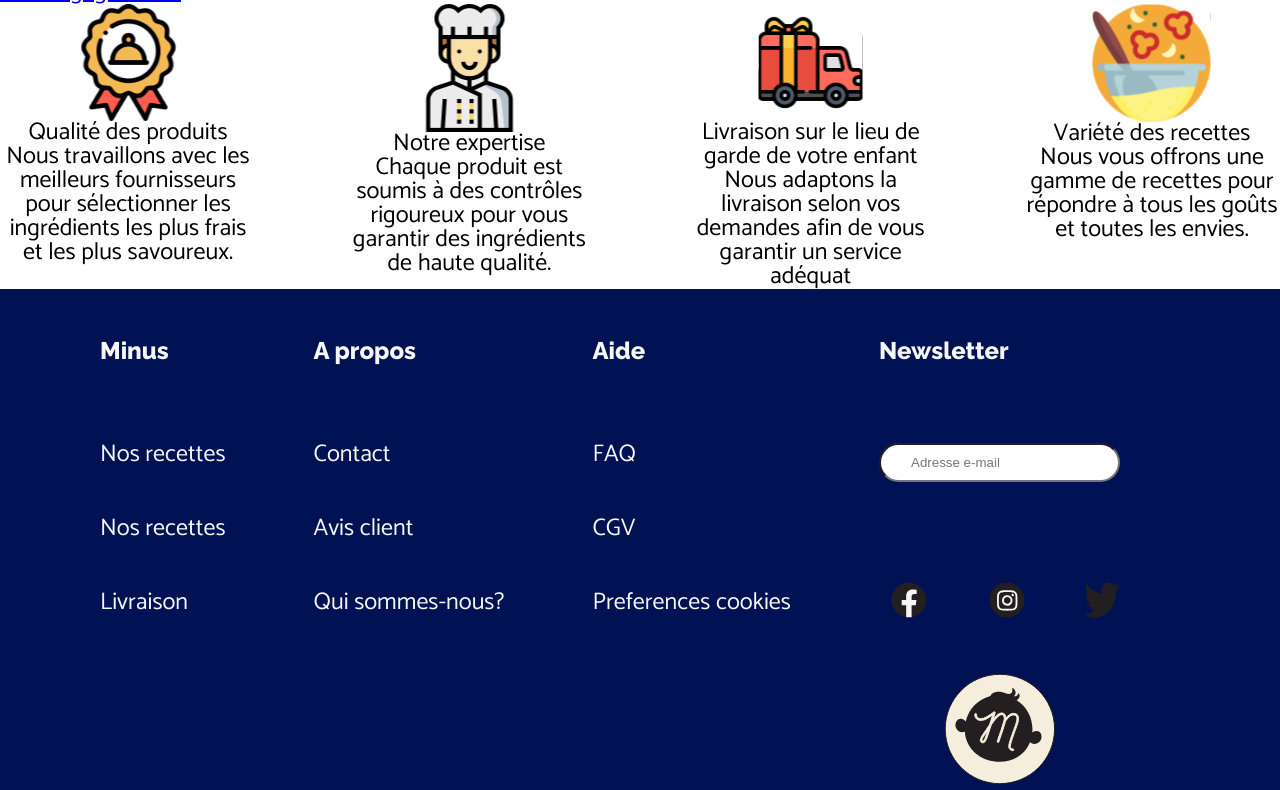
Repository: minus-team7/minus_team7
Page: minus_homepage.html
These files come from the project's save history. The page is drawn as it stood at one moment and after the next save; the edit follows.
The browser window is 1280 px wide. The pictures show the part of the page from y = 326 to 1120 px (the page is 1116 px tall before and 1120 px after).
A picture or video elsewhere on the page could not be fetched, so the positions and the page height are approximate.

Above is the page before, as saved 2023-02-12 22:20:11.

After the next save:
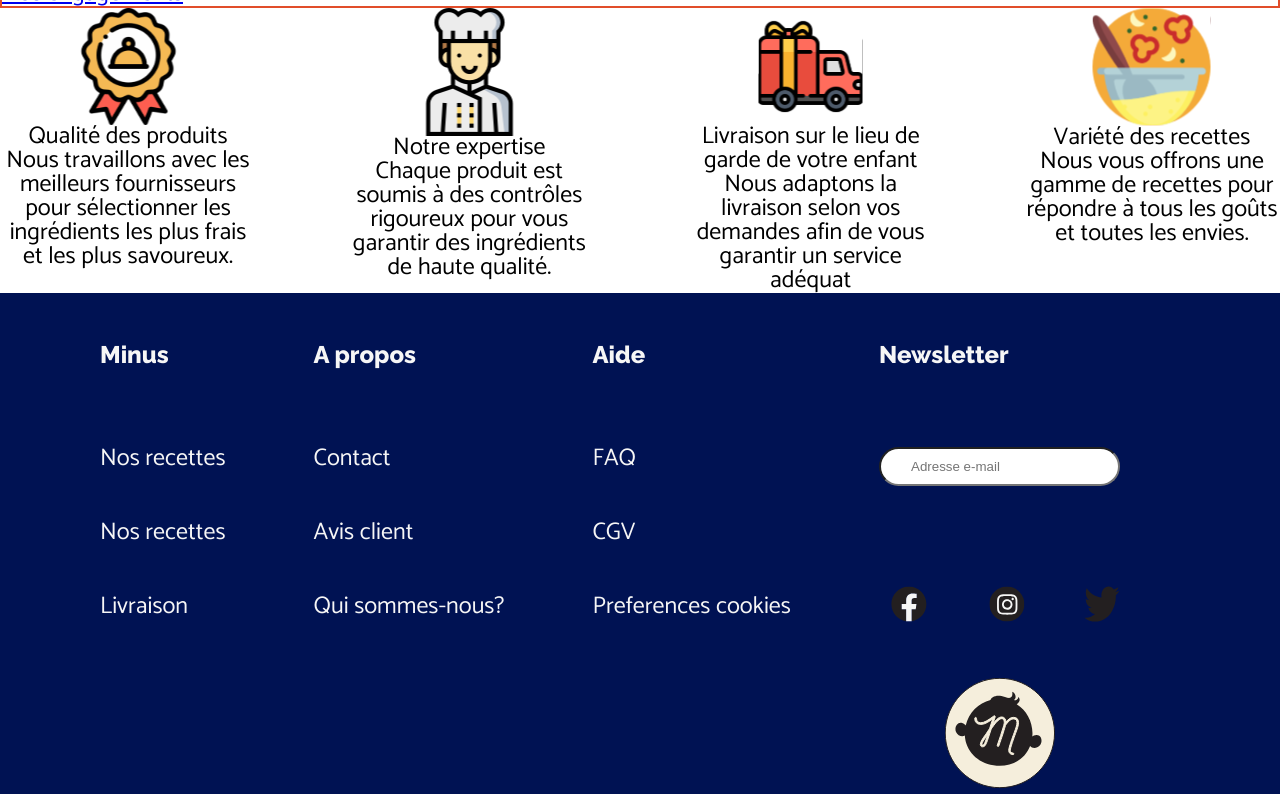
Saved 5 s later.
--- a/minus_homepage.css
+++ b/minus_homepage.css
@@ -6,7 +6,7 @@ body{
 
 .bouton{
     display: block;
-    border:#E14D2A;
+    border:#E14D2A 2px solid;
 }
 
 .nos-engagements{
